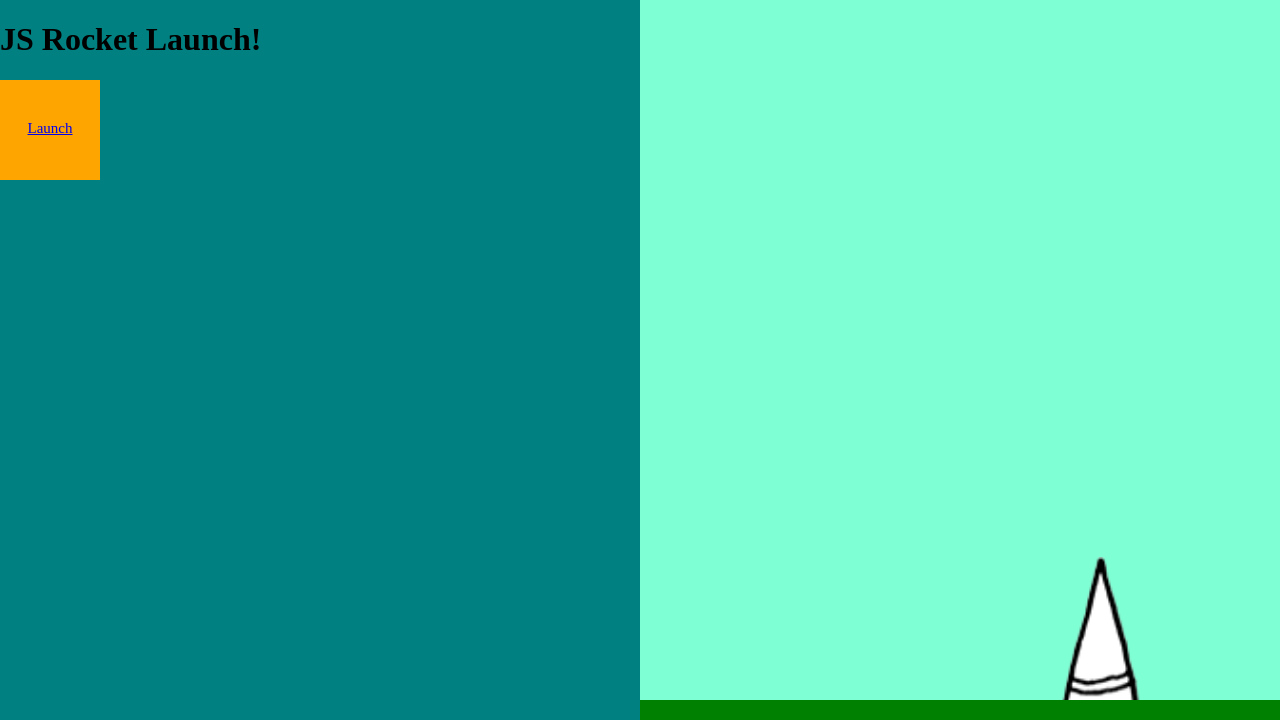
Repository: alcarrizo/Rocket-launch
Page: index.html
These files come from the project's save history. The page is drawn as it stood at one moment and after the next save; the edit follows.
The browser window is 1280 px wide. The pictures show the whole page.

Above is the page before, as saved 2022-10-20 16:00:37.

### index.html
<!DOCTYPE html>
<html lang="en">
<head>
    <meta charset="UTF-8">
    <meta http-equiv="X-UA-Compatible" content="IE=edge">
    <meta name="viewport" content="width=device-width, initial-scale=1.0">
    <title>Rocket Launch sequence</title>
    <script type="text/javascript" src="js/script.js"> </script>
    <link rel="stylesheet" href="css/style.css">
</head>
<body class="body-state1" id="body">
    <div class="left">
        <div class="state1">
            <h1>JS Rocket Launch!</h1>
            <a href="#" class="button" onclick="changeState(2);">Launch</a>
        </div>
        <div class="state2">
            <h1 class="countdown" id="countdown">10</h1>
            <a href="#" class="button" onclick="changeState(1);">Abort</a>
        </div>
        <div class="state3">
            <h1>Lift Off!</h1>
        </div>
        <div class="state4">
            <h1>Well done!</h1>
            <a href="#" class="button" onclick="changeState(1);">Do it again</a>
        </div>
        <div class="state5">
            <h1>Oh No!!!!</h1>
            <a href="#" class="button" onclick="changeState(1);">Try Again!</a>
        </div>
    </div>

    <div class="right">
        <div class="rocket" id="rocket"></div>
        <div class="ground"></div>
    </div>
</body>
</html>

### js/script.js
/*var countDown = function (i) {
    console.log(i)
    setTimeout(function () {
        i--
        document.getElementById("countdown").innerHTML = i;
        if (document.getElementById('body').className != 'body-state1') {
            if (i > 0) {
                countDown(i)
            }
            else {
                changeState(3)
            }
        }

    }, 1000)
}*/
var timer = null;
var CountDownNum = 10;
var changeState = function (state) {
    document.body.className = 'body-state' + state;
    clearInterval(timer);
    if (state != 2 && document.getElementById('countdown').innerHTML != 10) {
        CountDownNum = 10;
        document.getElementById('countdown').innerHTML = CountDownNum;
    }
    if (state == 2) {
        timer = setInterval(() => {
            CountDownNum -= 1;
            document.getElementById('countdown').innerHTML = CountDownNum;

            if (CountDownNum <= 0) {
                changeState(3);

            }
        }, 200);
    }
    else if (state == 3) {
        var success = setTimeout(() => {
            var randomNum = Math.round(Math.random() * 10)
            //success
            console.log('random number: ' + randomNum)
            if (randomNum > 5) {
                changeState(4)
            }
            else {
                //fail
                changeState(5)
            }

        }, 2000);
    }
    // if (state == 1) {
    //     document.body.className = 'body-state1'
    // }
    // else if (state == 2) {
    //     document.body.className = 'body-state2'
    //     countDown(10)
    //     // for (let i = 10; i >= 0; i--) {
    //     //     setTimeout()
    //     //     document.getElementById("countdown").innerHTML = i;
    //     // }
    // }
    // else if (state == 3) {
    //     document.body.className = 'body-state3'
    //     document.getElementById('rocket').className = 'rocket flying';
    // }
    // else if (state == 4) {
    //     document.body.className = 'body-state4'
    // }
    // else {
    //     document.body.className = 'body-state5'
    // }
    // for (let i = 10; i >= 0; i--) {
    //     bdy.content = i;
    // }
    //document.getElementById('rocket').className = 'rocket flying';
}

### css/style.css
body {
    position: relative;
}

.left {
    position: fixed;
    box-sizing: border-box;
    width: 50%;
    height: 100%;
    top: 0;
    left: 0;
    background-color: teal;
}

.right {
    position: fixed;
    box-sizing: border-box;
    width: 50%;
    height: 100%;
    top: 0;
    right: 0;
    background-color: aquamarine;
}

.rocket {
    position: absolute;
    left: 50%;
    bottom: 20px;
    width: 20px;
    height: 100px;
    background-color: blue;
    transition: bottom 10s;

}

.body-state1 .rocket {
    transition: none;
    width: 272px;
    height: 143px;
    background: url("../img/rocket-state1.png") no-repeat 0 0;
    background-size: 100%;

}

.body-state3 .rocket,
.body-state4 .rocket {
    bottom: 1000px;
}


.ground {
    background-color: green;
    position: absolute;
    bottom: 0;
    left: 0;
    width: 100%;
    height: 20px;
}

a {}

a.button {
    display: block;
    box-sizing: border-box;
    text-align: center;
    padding-top: 40px;
    height: 100px;
    width: 100px;
    font-size: 15px;
    background-color: orange;

}

.state1,
.state2,
.state3,
.state4,
.state5 {
    display: none;
}

body.body-state1 .state1 {
    display: block;
}

body.body-state2 .state2 {
    display: block;
}

body.body-state3 .state3 {
    display: block;
}

body.body-state4 .state4 {
    display: block;
}

body.body-state5 .state5 {
    display: block;
}

After the next save:
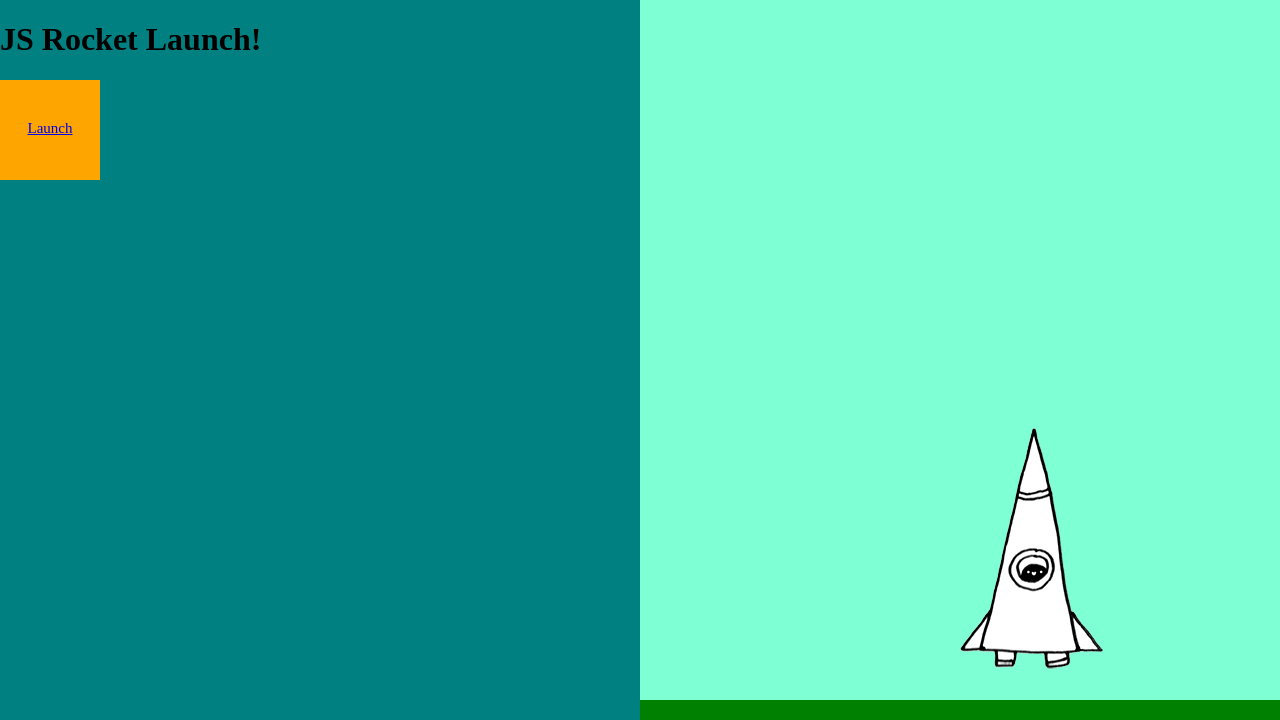
Saved 5 s later.
--- a/css/style.css
+++ b/css/style.css
@@ -35,8 +35,8 @@ body {
 
 .body-state1 .rocket {
     transition: none;
-    width: 272px;
-    height: 143px;
+    width: 143px;
+    height: 272px;
     background: url("../img/rocket-state1.png") no-repeat 0 0;
     background-size: 100%;
 
